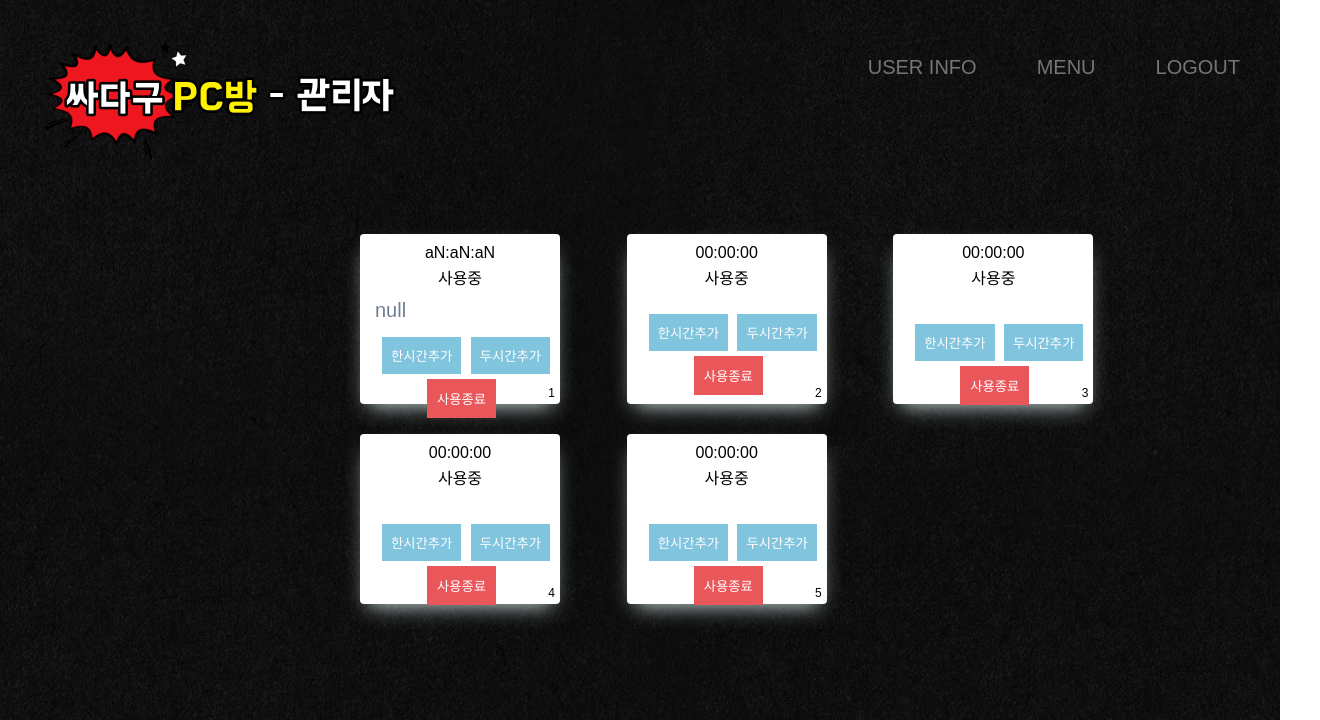
Repository: lkwoung/webProject-assignment
Page: http://localhost/CheapPC/seat/userSeat_Admin.jsp
These files come from the project's save history. The page is drawn as it stood at one moment and after the next save; the edit follows.
The browser window is 1280 px wide. The page is 1320 px wide, so the pictures cover 1320 px, including what lies to the right of the window. The pictures show the whole page.
Some web fonts or font styles are not loaded; a fallback is used. The page is served by Tomcat 9. Queries for data that is not in the repository find no rows.

Above is the page before, as saved 2020-12-17 16:31:53.

After the next save:
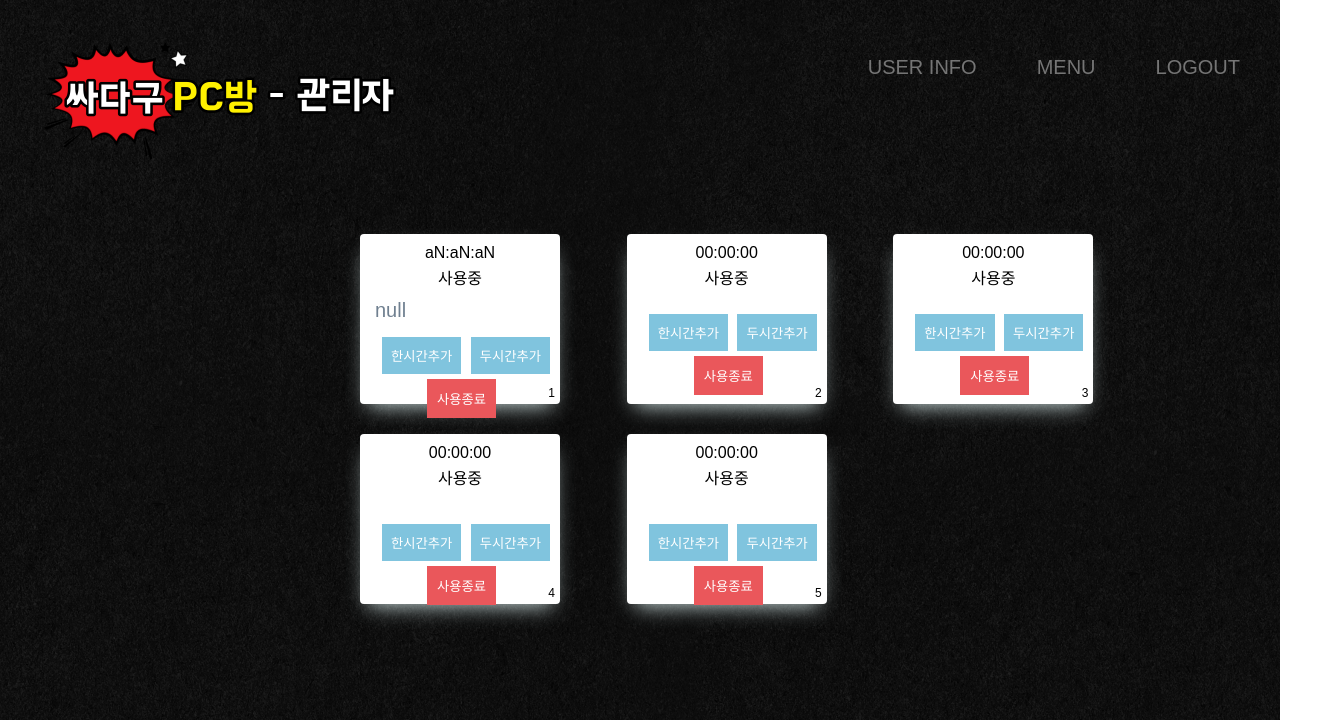
Saved 4 s later.
--- a/CheapPC/WebContent/seat/userSeat_Admin.jsp
+++ b/CheapPC/WebContent/seat/userSeat_Admin.jsp
@@ -84,7 +84,7 @@
           <div class="layer">
              <div class="2" style="text-align:center;padding-top:10px;">00:00:00</div>
                 <div id="2-state" style="text-align:center;padding-top:3px;padding-bottom:10px;">사용중</div>
-                <div id="2-user" style="padding-left:5px; font-size:20px; color:#708090; padding-bottom:20px;"> </div>
+                <div id="2-user" style="padding-left:5px; font-size:20px; color:#708090; padding-bottom:10px;"> </div>
                 <div class="2buttons" style="top:20%; padding-left:17px; ">
             <input type="button" style="background:#80C4DE; margin:5px;color:#fff;border:none; font-family:'Hanna', sans-serif;padding:9px;"onclick="fncAddTime(2,3600, 3);" value="한시간추가"/>
             <input type="button" style="background:#80C4DE; color:#fff;border:none; font-family:'Hanna', sans-serif;padding:9px;" onclick="fncAddTime(2,7200, 3);" value="두시간추가"/>
